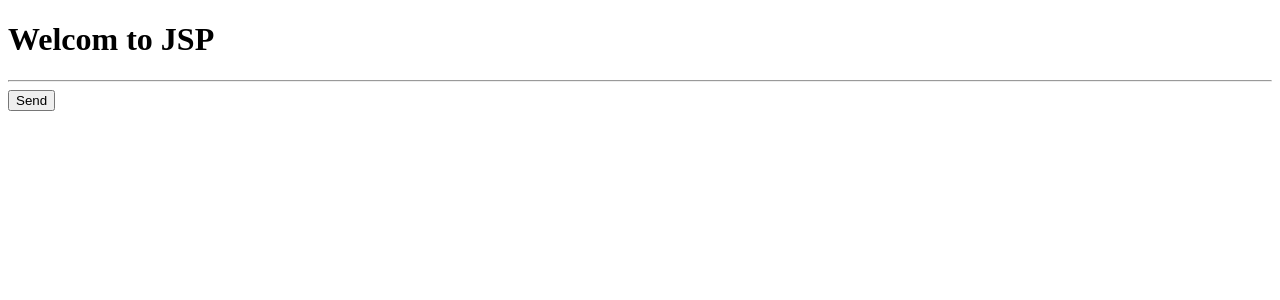
Repository: vadhub/JSP-Service
Page: http://localhost/JSPage/
These files come from the project's save history. The page is drawn as it stood at one moment and after the next save; the edit follows.
The browser window is 1280 px wide. The pictures show the whole page.
The page is served by Tomcat 9.

Above is the page before, as saved 2019-07-19 08:51:37.

After the next save:
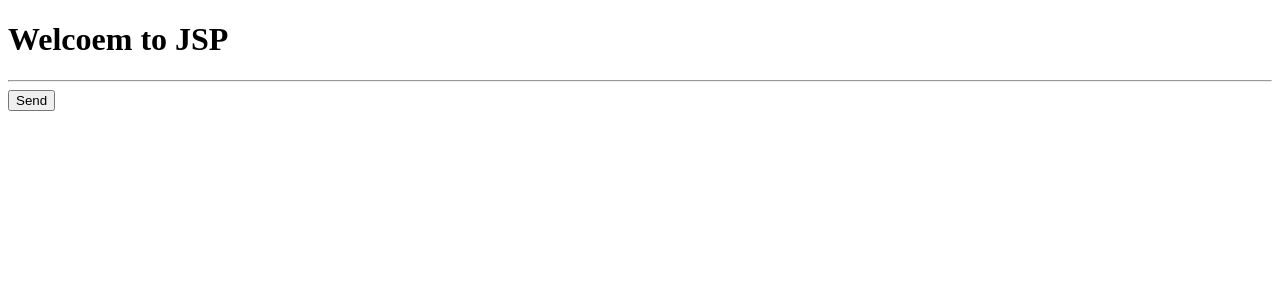
Saved 17 s later.
--- a/JSPage/WebContent/index.jsp
+++ b/JSPage/WebContent/index.jsp
@@ -7,7 +7,7 @@
 <title>Insert title here</title>
 </head>
 <body>
-<h1>Welcom to JSP</h1>
+<h1>Welcoem to JSP</h1>
 <hr/>
 <form action="Servleter">
 	<input type ="submit" value="Send"/>

After the save that followed:
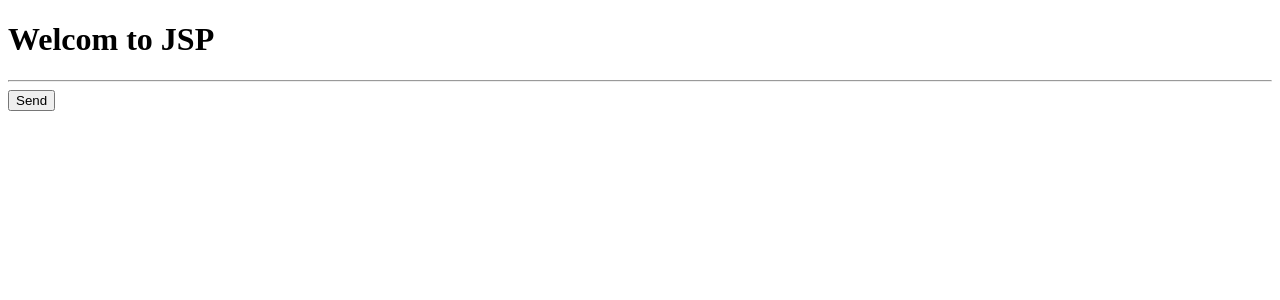
Saved 6 s later.
--- a/JSPage/WebContent/index.jsp
+++ b/JSPage/WebContent/index.jsp
@@ -7,7 +7,7 @@
 <title>Insert title here</title>
 </head>
 <body>
-<h1>Welcoem to JSP</h1>
+<h1>Welcom to JSP</h1>
 <hr/>
 <form action="Servleter">
 	<input type ="submit" value="Send"/>
